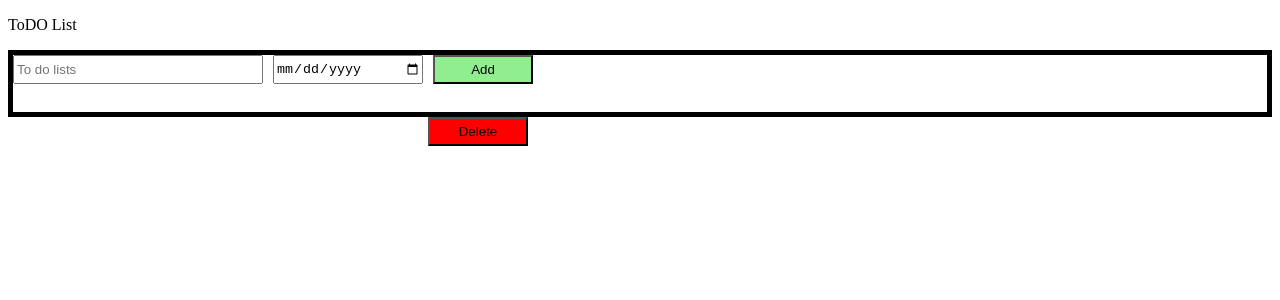
Repository: pgyunknown/ToDo-List
Page: index.html
These files come from the project's save history. The page is drawn as it stood at one moment and after the next save; the edit follows.
The browser window is 1280 px wide. The pictures show the whole page.

Above is the page before, as saved 2024-08-29 20:50:39.

### index.html
<!DOCTYPE html>
<html lang="en">
<head>
  <meta charset="UTF-8">
  <meta name="viewport" content="width=device-width, initial-scale=1.0">
  <link rel="stylesheet" href="index.css">
  <title>Document</title>
</head>
<body>
    <p>ToDO List</p>
  <div class="grid-body">
  <input placeholder="To do lists" class="js-name-input"><input type="date" class="js-date-b"><button onclick="addWork();" class="add-b">Add</button><br>
    </div>
  <div class="js-todo-list todo-grid">text</div>

  <script src="index.js"></script>
</body>
</html>

### index.css
.todo-grid{
  display: grid;
  grid-template-columns: 250px 150px 100px;
  column-gap: 10px;
  row-gap: 10px;
}

.grid-body{
  display: grid;
  grid-template-columns: 250px 150px 100px;
  column-gap: 10px;
  row-gap: 10px;
  border: 5px solid black;
}

.add-b{
  background-color: lightgreen;
  padding: 5px;
}
.delete-b {
  background-color: red;
  padding: 5px;
}

### index.js
const todoList=[{
  name:'',duedate:''
}
];

eventList();
function eventList(){
  let todoListHTML=' ';
  for(i=0;i<todoList.length;i++){
    const todoObj=todoList[i];
    const {name}=todoObj;
    const {duedate}=todoObj;
    const html=`
    <div >${name}</div>
    <div >${duedate}</div>
    <button onclick="todoList.splice(${i},1);
    eventList();" class="delete-b" >Delete</button>
    `;
    todoListHTML+=html;
}
console.log(todoListHTML) ;
document.querySelector('.js-todo-list').innerHTML=todoListHTML;
}
function addWork(){
  const inputElement=document.querySelector('.js-name-input');
  const name=inputElement.value;

  const dateinputElement=document.querySelector('.js-date-b');
  const duedate=dateinputElement.value;

  todoList.push({
    name:name,
    duedate:duedate
  });

  inputElement.value='';
  // console.log(todoList);
  eventList();
}

After the next save:
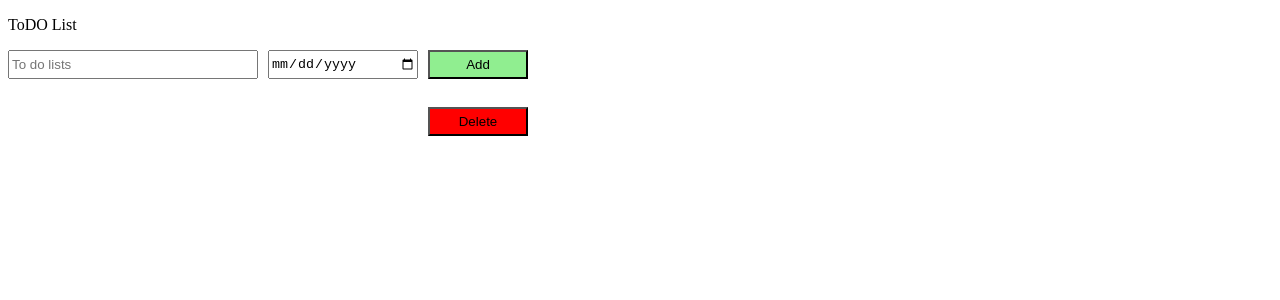
Saved 5 s later.
--- a/index.css
+++ b/index.css
@@ -10,7 +10,6 @@
   grid-template-columns: 250px 150px 100px;
   column-gap: 10px;
   row-gap: 10px;
-  border: 5px solid black;
 }
 
 .add-b{
